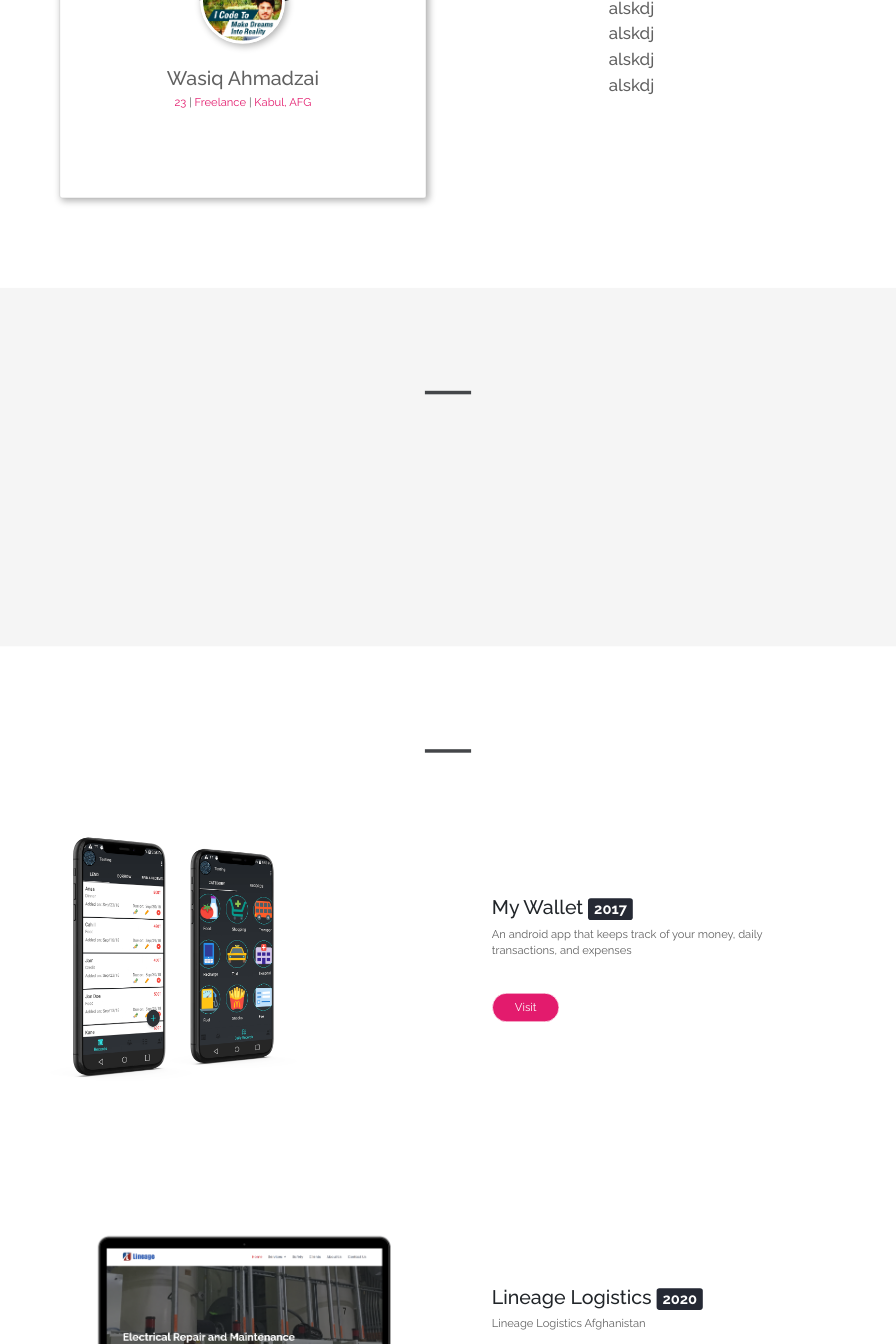
Repository: wasiqkhan/wasiqkhan.github.io
Page: index.html
An editor plug-in stored every save of this project. The page is shown before and after the next save, followed by the edit.
The browser window is 1280 px wide. The pictures show the part of the page from y = 1145 to 3065 px (the page is 5002 px tall before and 5240 px after), at 70% of full size.
Some web fonts or font styles are not loaded; a fallback is used.

Above is the page before, as saved 2020-11-06 17:43:07.
Not found: js/all.js
Not found: js/app.js
Not found: js/particles.js

### index.html
<!DOCTYPE html>
<html lang="en">
  <!-- Start of Async Drift Code -->
<script>
  "use strict";!function(){var r=window.driftt=window.drift=window.driftt||[];if(!r.init){if(r.invoked)return window.console&&console.error&&console.error("Drift snippet included twice.");r.invoked=!0,r.methods=["identify","config","track","reset","debug","show","ping","page","hide","off","on"],r.factory=function(e){return function(){var t=Array.prototype.slice.call(arguments);return t.unshift(e),r.push(t),r}},r.methods.forEach(function(t){r[t]=r.factory(t)}),r.load=function(t){var e=3e5*Math.ceil(new Date/3e5),r=document.createElement("script");r.type="text/javascript",r.async=!0,r.crossorigin="anonymous",r.src="https://js.driftt.com/include/"+e+"/"+t+".js";var n=document.getElementsByTagName("script")[0];n.parentNode.insertBefore(r,n)}}}(),drift.SNIPPET_VERSION="0.3.1",drift.load("8faar6gaz2cs");
  </script>
  <!-- End of Async Drift Code -->
  <head>

    <meta charset="UTF-8" />
    <meta name="viewport" content="width=device-width, initial-scale=1.0" />
    <meta http-equiv="X-UA-Compatible" content="ie=edge" />
    <!-- <link href="https://fonts.googleapis.com/css?family=Raleway&display=swap" rel="stylesheet"> -->
    <link href="https://fonts.googleapis.com/css?family=Raleway:400,500,600,700,800&display=swap" rel="stylesheet">
    <link href="https://fonts.googleapis.com/icon?family=Material+Icons" rel="stylesheet">
    <link
    href="./css/materialdesignicons.min.css"
    media="all"
    rel="stylesheet"
  />
    <link type="text/css" rel="stylesheet" href="./css/style.css" />
    <link type="text/css" rel="stylesheet" href="./css/bootstrap.min.css" />
    <!-- <link type="text/css" rel="stylesheet" href="./css/all.css" /> -->
    <link type="text/css" rel="stylesheet" href="./css/lightbox.css" />
    <link rel="stylesheet" href="./css/line-awesome.css">
    <!-- <link rel="stylesheet" href="https://maxst.icons8.com/vue-static/landings/line-awesome/font-awesome-line-awesome/css/all.min.css"> -->

    <link rel="shortcut icon" href="./icon.png">

    <link
      type="text/css"
      rel="stylesheet"
      media="screen and (max-width:768px)"
      href="./css/mobile.css"
    />
    <link
      type="text/css"
      rel="stylesheet"
      media="screen and (min-width:769px) and (max-width:992px)"
      href="./css/widescreen.css"
    />
    <link
      type="text/css"
      rel="stylesheet"
      media="screen and (min-width:993px) and (max-width:1199px)"
      href="./css/ipadpro.css"
    />

    <title>Mohammad Wasiq | Full Stack Web & Mobile Developler</title>
  </head>

  <body id="home" >
      <!-- <div id="particles-js">

      </div> -->
    <!-- Navbar -->
    <nav class="navigation">
      <button
        type="button"
        data-toggle="collapse"
        data-target="#myNav"
        class="navbar-toggler hamburger-menu"
      >
        <div class="line1"></div>
        <div class="line2"></div>
        <div class="line3"></div>
      </button>
      <div class="bg-cover"></div>
      <div class="collapse nav-content" id="myNav">
        <div class="container-fluid">
          <div class="row">
            <div class="col-10 max-auto">
              <ul class="navbar-nav flex-lg-row flex-column nav-justified">
                <li class="nav-item">
                  <a class="nav-link m-3 link-item" href="#home">Home</a>
                </li>
                <li class="nav-item">
                  <a class="nav-link m-3 link-item" href="#about">About</a>
                </li>
                <li class="nav-item">
                  <a class="nav-link m-3 link-item" href="#service">Services</a>

                </li>
                <li class="nav-item">
                    <a class="nav-link m-3 link-item" href="#portfolio">Portfolio</a>
                  </li>
                <li class="nav-item">
                  <a class="nav-link m-3 link-item" href="#skills">Skills</a>
                </li>
                <li class="nav-item">
                  <a class="nav-link m-3 link-item" href="#contact">Contact</a>
                </li>
              </ul>
            </div>
          </div>
        </div>
      </div>
    </nav>

    <header id="showcase">



      <div class="showcase-content">
          <h1 class="heading">Hello, I'm <span style="color: #E31B6D">Wasiq Ahmadzai</span>.<br>I'm a Web & Mobile App Developer.</h1>
<!--
          <div class="links">
            <a href="http://www.facebook.com" target="_blank"><i class="fab fa-facebook fa-2x"></i></a>
            <a href="http://www.twitter.com" target="_blank"><i class="fab fa-twitter fa-2x"></i></a>
            <a href="http://www.instagram.com" target="_blank"><i class="fab fa-instagram fa-2x"></i></a>
            <a href="http://www.googleplus.com" target="_blank"><i class="fab fa-google-plus fa-2x"></i></a>
          </div> -->
          <a href="#about" class="btnn">Read more</a>
        </div>
    </header>

    <section id="about" class="primary about">
        <h2 class="text-center m-heading">About Me</h2>
        <div class="line"></div>
      <div class="container new">
        <div class="card cardnew">

          <img src="./img/dev.PNG" class="card-img-top cut" style="margin: auto">
          <div class="card-body">
              <img src="./img/5a159554b6a61a2ba5ccdb57.PNG" class="my-img" />
              <div class="card-title">
                <h3 class="text-center">Wasiq Ahmadzai</h3>
              </div>
              <div class="card-subtitle text-center">
                <p style="color:#E31B6D">23 <span style="color: #616161">|</span> Freelance <span style="color: #616161">|</span> Kabul, AFG</p>
              </div>
              <div class="links">
                  <a href="http://www.facebook.com/ahmadzai.khan.54" target="_blank"><i class="fab fa-facebook fa-2x"></i></a>
                  <a href="https://github.com/wasiqkhan" target="_blank"><i class="fab fa-github fa-2x"></i></a>

                  <a href="https://www.linkedin.com/in/mohammad-wasiq-ahmadzai-5439371b0/" target="_blank"><i class="fab fa-linkedin fa-2x"></i></a>
                </div>
          </div>
        </div>
        <div class="items">



          <div>

          <p class="info-p lead">Hi, I am a Web and Mobile App Developer with experience in MERN Stack (MongoDB, Expressjs, Reactjs, Nodejs), React Native, Firebase, MySQL. I have serious passion for amazing & responsive mobile and web apps.</p>

        </div>
        <h6 style="text-align:left">Technologies I am using</h6>
        <!-- <div class="service-items" style="padding: 0 0">
        <ul class="skill-set">
          <li>Javascript</li>
          <li>Reactjs</li>
          <li>Nodejs</li>
          <li>React Native</li>
          <li>MongoDB</li>
          <li>MySQL</li>
        </ul>
      </div> -->
      <div class="skill-group">
        <h4>alskdj</h4>
        <h4>alskdj</h4>
        <h4>alskdj</h4>
        <h4>alskdj</h4>
      </div>
        <!-- <div class="service-items flex-wrap" style="padding: 0 0">
            <div class="item fun-facts" style="margin-right: 10px ;background: #252934">
              <div>
                <i class="fas fa-coffee fa-2x mb-3" style="color:#E31B6D"></i>
                <h6 class="text-center" style="color: white">100+ Cups of Coffee</h6>

              </div>
            </div>

            <div class="item fun-facts" style="margin-right: 10px ;background: #252934">
              <div>
                  <i class="fas fa-book fa-2x mb-3" style="color:#E31B6D"></i>
                <h6 class="text-center" style="color: white">10+ Books</h6>

              </div>

            </div>

            <div class="item fun-facts" style="margin-right: 10px ;background: #252934">
              <div>
                  <i class="fas fa-bicycle fa-2x mb-3" style="color:#E31B6D"></i>
                <h6 class="text-center" style="color: white">1200km Cycled</h6>

              </div>

            </div>
            <div class="item fun-facts" style="margin-right: 10px;background: #252934">
                <div>
                    <i class="fas fa-award fa-2x mb-3" style="color:#E31B6D"></i>
                  <h6 class="text-center" style="color: white">10 Awards Won</h6>

                </div>

              </div>
          </div> -->



<div>
          <a href="#contact" class="hire-me">Hire Me</a>
        </div>

      </div>


          </div>

    </section>
    <section id="service" class="primary service">
      <div class="container">
        <h2 class="text-center m-heading">Services</h2>
        <div class="line"></div>

        <div class="service-items rotate fun-facts">
          <div class="item">
            <div>
              <i class="fas fa-desktop fa-6x textt mb-3"></i>
              <h3 class="text-center">Web Development</h3>
              <p class="text-center">
                Fully responsive full stack website development
              </p>
            </div>
          </div>

          <div class="item">
            <div>
                <i class="fas fa-mobile-alt fa-6x textt textt2 mb-3"></i>
              <h3 class="text-center">Mobile Apps</h3>
              <p class="text-center">
                Fast and Professional app development using latest technologies
              </p>
            </div>

          </div>

          <div class="item">
            <div>
                <i class="fas fa-rocket fa-6x  textt mb-3"></i>
              <h3 class="text-center">Launch</h3>
              <p class="text-center">
                Deployment and Maintainance

              </p>
            </div>

          </div>
        </div>
      </div>
    </section>
    <section id="portfolio" class="portfolio">
      <div class="container">
        <h2 class="text-center m-heading">Portfolio</h2>
        <div class="line"></div>

        <div class="portfolio-items row align-items-center h-100 text-center text-lg-left" style="margin-top: 120px;">
          <div class="col-lg-6 p-lg-0">
            <img src="./img/walletapp.png" height="350" >

          </div>
          <div class="col-lg-5 mx-auto py-3">
            <h3 class="h3">My Wallet
              <span class="badge badge-sm">2017</span>
            </h3>
            <p class="mb-3" style="color: #616161;">An android app that keeps track of your money, daily transactions, and expenses
            </p>
            <a href="https://bit.ly/3iEEP3P" class="visit" target="_blank">Visit</a>

          </div>

        </div>

        <div class="portfolio-items row align-items-center h-100 text-center text-lg-left " style="margin-top: 220px;">
          <div class="col-lg-6 p-lg-0">
            <img src="./img/lineageweb.png" height="300"  >

          </div>
          <div class="col-lg-5 mx-auto py-3">
            <h3 class="h3 bold">Lineage Logistics
              <span class="badge badge-sm">2020</span>
            </h3>
            <p class="mb-3" style="color: #616161;">
              Lineage Logistics Afghanistan
            </p>
            <a href="https://lineage.com.af/" class="visit" target="_blank">Visit</a>

          </div>

        </div>

        <div class="portfolio-items row align-items-center h-100 text-center text-lg-left" style="margin-top: 220px;">
          <div class="col-lg-6 p-lg-0">
            <img src="./img/hosteldes.png" height="300"  >

          </div>
          <div class="col-lg-5 mx-auto py-3">
            <h3 class="h3">Hostel Managment System
              <span class="badge badge-sm">2018</span>
            </h3>
            <p class="mb-3" style="color: #616161;">Hostel Management System is a JavaFX and SQL Server desktop application. This application allows you to store and manage Hostel data and students records.
            </p>
            <a href="https://github.com/wasiqkhan/Hostel-Management-System" class="visit" target="_blank">Visit</a>

          </div>

        </div>
      </div>
    </section>


    <section id="contact" class="contact">
      <svg preserveAspectRatio="none" viewBox="0 0 100 102" height="90" width="100%" version="1.1"
      xmlns="http://www.w3.org/2000/svg" class="svgcolor-light">

     <path d="M0 0 L50 100 L100 0 Z" fill="white" stroke="white"/>

    </svg>
      <div class="container-fluid">
        <h2 class="text-center m-heading" style="color: #fff">Contact</h2>
        <div class="line"></div>
        <div class="container">
          <h6 class="text-center py-5" style="color: #E31B6D">Have a question or want to make something special?</h6>


                <form
                class="waypoint"
                data-animation="pop-in"
                data-delay=".5s"
                id="contact-form"
              >
                <input placeholder="Name" type="text" name="name" required />
                <input
                  placeholder="Enter email"
                  type="email"
                  name="email"
                  required
                />
                <textarea
                  placeholder="Your Message"
                  type="text"
                  name="message"
                  required
                ></textarea>
                <div id="success">
                  <div>
                    Your message was sent successfully. Thanks!<span
                      id="close"
                      class="mdi mdi-close"
                    ></span>
                  </div>
                </div>
                <input class="button" type="submit" id="submit" value="SUBMIT" />
              </form>



        </div>
    </section>
    <footer id="footer">
      <div class="container">
        <div class="row">
          <div class="col text-center">
            <div class="mb-2">
              <a href="http://www.facebook.com/ahmadzai.khan.54" target="_blank" class="mx-sm-4 mx-2 social"
                ><i class="fab fa-facebook fa-2x"></i
              ></a>
              <a href="https://github.com/wasiqkhan" target="_blank" class="mx-sm-4 mx-2 social"
                ><i class="fab fa-github fa-2x"></i
              ></a>
              <a href="https://www.linkedin.com/in/mohammad-wasiq-ahmadzai-5439371b0/" target="_blank" class="mx-sm-4 mx-2 social"
                ><i class="fab fa-linkedin fa-2x"></i
              ></a>
             -->
            </div>

          </div>
        </div>
        <div class="container-fluid p-3">
            <div class="row">
              <div class="col mb-4">
                <ul class="nav justify-content-center footer-items">
                  <li class="nav-item">
                    <a href="#home" class="nav-link">Home</a>
                  </li>
                  <li class="nav-item">
                    <a href="#about" class="nav-link">About</a>
                  </li>
                  <li class="nav-item">
                    <a href="#service" class="nav-link">Services</a>
                  </li>
                  <li class="nav-item">
                      <a href="#portfolio" class="nav-link">Portfolio</a>
                    </li>
                  <li class="nav-item">
                    <a href="#skills" class="nav-link">Skills</a>
                  </li>
                  <li class="nav-item">
                    <a href="#contact" class="nav-link">Contact</a>
                  </li>

                </ul>
              </div>
            </div>
            <div class="row">
              <div class="col text-light text-center">
                <p>Wasiq Ahmadzai <span style="color: #E31B6D">&copy;2019</span></p>
              </div>
            </div>

      </div>
    </footer>
    <script src="./js/particles.js"></script>
    <script src="./js/app.js"></script>
    <script src="./js/jquery-3.4.1.min.js"></script>
    <script src="./js/popper.js"></script>
    <script src="./js/bootstrap.min.js"></script>
    <script src="./js/script.js"></script>
    <script src="./js/lightbox.js"></script>
    <script src="./js/all.js"></script>
  </body>
</html>

### css/mobile.css
@media (max-width: 500px) {
  #navbar {
    flex-direction: column;
    align-items: center;
  }
  .my-img {
    width: 40%;
    margin-left: 90px;
    margin-top: -100px;
  }
  .showcase-content h1 {
    font-size: 15pt;
  }
  #contact h6 {
    font-size: 9pt;
  }

  .info-p {
    margin-top: -150px;
  }

  .hire-me {
    margin-top: 40px;
  }
  .textt {
    margin-left: 70px;
  }
  .textt2 {
    margin-left: 95px;
  }
  .name {
    text-align: left;
    margin-top: 15px;
    margin-left: -30px;
  }
}

@media (min-width: 501px) and (max-width: 768px) {
  .my-img {
    margin-left: 240px;
  }
}

.info-p {
  margin-top: -100px;
}
.hire-me {
  margin-top: 30px;
}
.items {
  margin: 5rem 2rem;
  display: flex;
  flex-direction: column;
  align-items: center;
  justify-content: center;

  text-align: center;
  /* position: relative; */
  flex-wrap: wrap;
}

.items div {
  flex: 1;
}
.portfolio-items h3 {
  margin-top: 50px;
}

.portfolio-items img {
  width: 100%;
  height: auto;
  text-align: center;
  margin: auto;
}
#portfolio .portfolio-items .item {
  display: flex;
  text-align: left;
}
.service-items {
  display: block;
  padding: 1rem;
}
#service .service-items .item {
  display: flex;
  text-align: left;
}
.new {
  display: flex;
  flex-direction: column;
}

#navbar .l-heading {
  margin-bottom: 0.5rem;
  text-align: center;
}

#about .line,
#service .line,
#skills .line,
#contact .line {
  width: 20%;
  background: #444649;
  height: 5px;
  margin: auto;
}
#skills .line,
#contact .line {
  background: #fff;
}
#projects .line {
  width: 20%;
  background: #444649;
  height: 5px;
  margin-bottom: 50px;
  margin-top: -35px;
}
.contact-content {
  display: flex;
  flex-direction: column;
  justify-content: center;
  align-items: center;
  text-align: center;
  padding: 1rem;
}
.skill-items {
  display: flex;
  flex-direction: column;
  padding: 1rem;
  margin-top: 40px;
}
.skill-group {
  margin: 0;
}
.skill-item h6 {
  margin-left: 5px;

  /* color: #fff; */
}

.progress {
  width: 100%;
}
.items p {
  text-align: justify;
}
section:nth-of-type(4) input[type="text"],
section:nth-of-type(4) input[type="email"],
section:nth-of-type(4) textarea {
  width: 100%;
}
section:nth-of-type(4) #success {
  width: 100%;
  margin: auto;
}

### css/widescreen.css
/* @media (min-width: 769px) and (max-width: 991px) { */
.new {
  display: flex;
  flex-direction: column;
}

.info-p {
  margin-top: -100px;
}
.hire-me {
  margin-top: 30px;
}
.items {
  margin: 5rem 2rem;
  display: flex;
  flex-direction: column;
  align-items: center;
  justify-content: center;

  text-align: center;
  /* position: relative; */
  flex-wrap: wrap;
}

.items div {
  flex: 1;
}
.my-img {
  margin-left: 240px;
}
/* } */

### css/ipadpro.css
.my-img {
  margin-left: 130px;
}

Loaded but not shown: css/materialdesignicons.min.css (library); css/bootstrap.min.css (library); css/lightbox.css (library); js/jquery-3.4.1.min.js (library); js/popper.js (library); js/bootstrap.min.js (library); js/lightbox.js (library); js/script.js (138 lines, source omitted); css/line-awesome.css (6582 lines, source omitted); css/style.css (601 lines, source omitted)

After the next save:
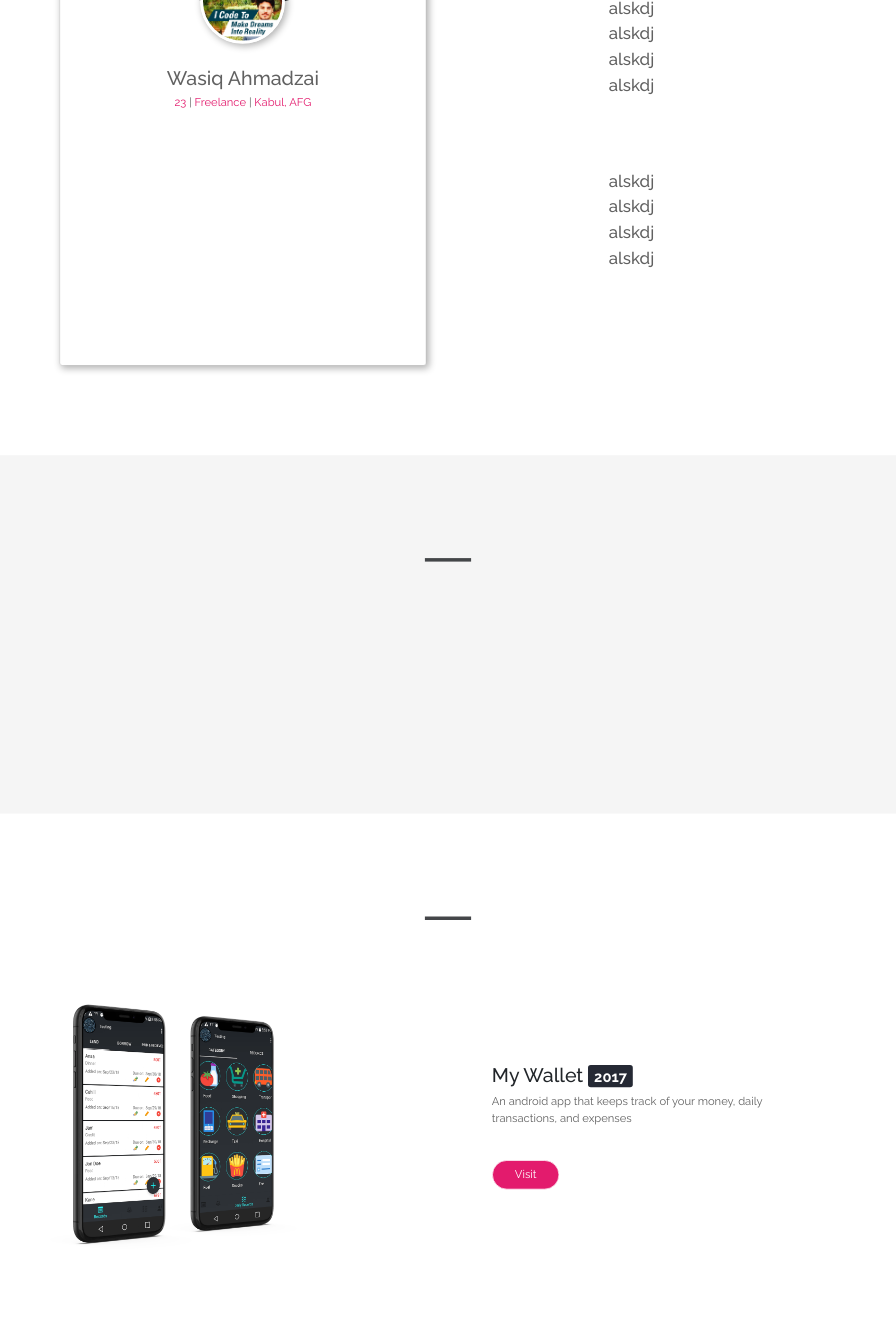
Saved 14 s later.
--- a/index.html
+++ b/index.html
@@ -157,6 +157,12 @@
           <li>MySQL</li>
         </ul>
       </div> -->
+      <div class="skill-group">
+        <h4>alskdj</h4>
+        <h4>alskdj</h4>
+        <h4>alskdj</h4>
+        <h4>alskdj</h4>
+      </div>
       <div class="skill-group">
         <h4>alskdj</h4>
         <h4>alskdj</h4>
